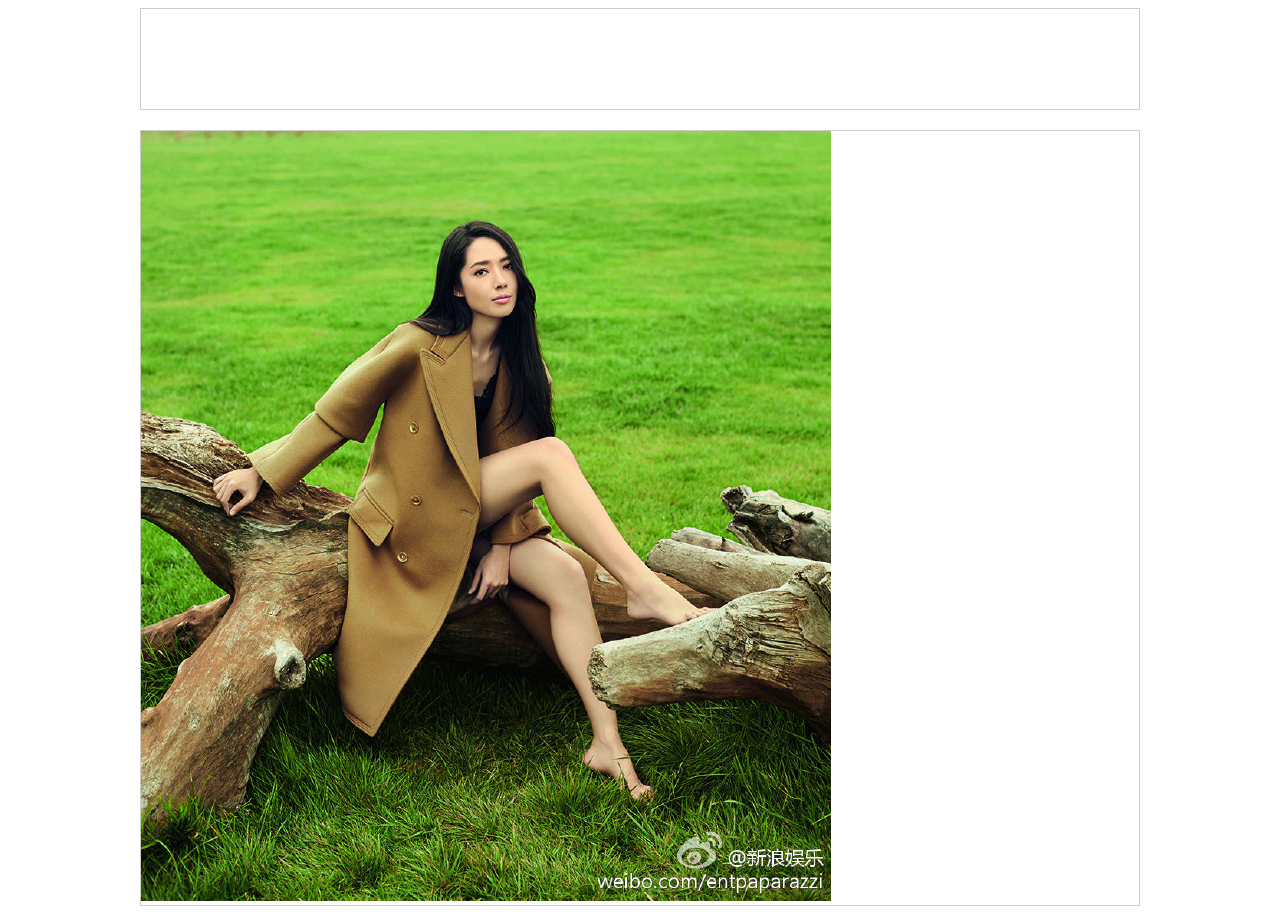
Repository: cw19931024/Demo
Page: drap.html
The author's editor kept a copy of each file at every save. The page is drawn from the files as they stood at one save, then again after the next save.
The browser window is 1280 px wide. The pictures show the whole page.

Above is the page before, as saved 2017-07-26 16:05:11.

### drap.html
<!DOCTYPE html>
<html lang="en">

<head>
    <title></title>
    <meta charset="UTF-8">
    <meta name="viewport" content="width=device-width, initial-scale=1">
    <style>
        #container{width: 1000px;margin: 0 auto;}
        #content{
            min-height: 100px;
            border:1px solid #ccc;
        }
        #input{
            border:1px solid #ccc;
            min-height: 100px;
            margin-top: 20px;
        }
    </style>
</head>

<body>
    <div id='container'>
        <div id='content'></div>
        <div id='input'>
            <div>
                <img src="img/gbt_3.jpg" alt="">
            </div>
        </div>
    </div>
</body>
<script>
</script>

</html>

After the next save:
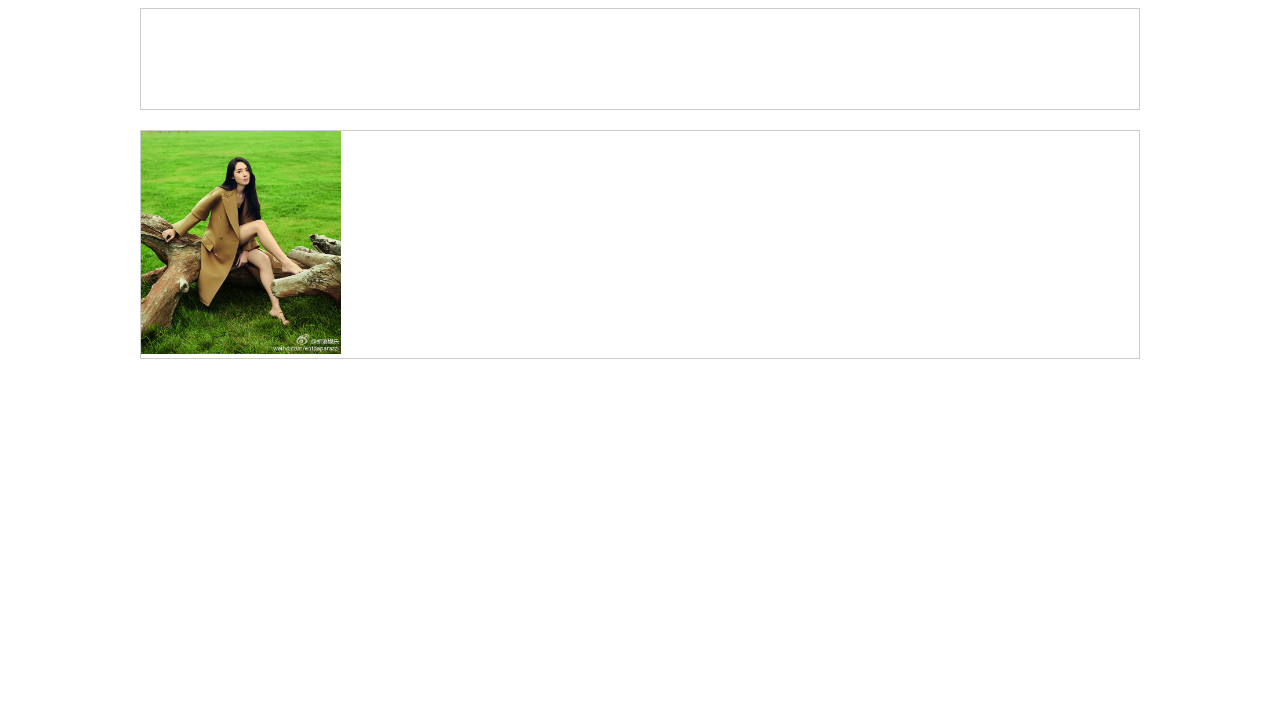
Saved 13 s later.
--- a/drap.html
+++ b/drap.html
@@ -24,7 +24,7 @@
         <div id='content'></div>
         <div id='input'>
             <div>
-                <img src="img/gbt_3.jpg" alt="">
+                <img src="img/gbt_3.jpg" alt="" width="200">
             </div>
         </div>
     </div>
